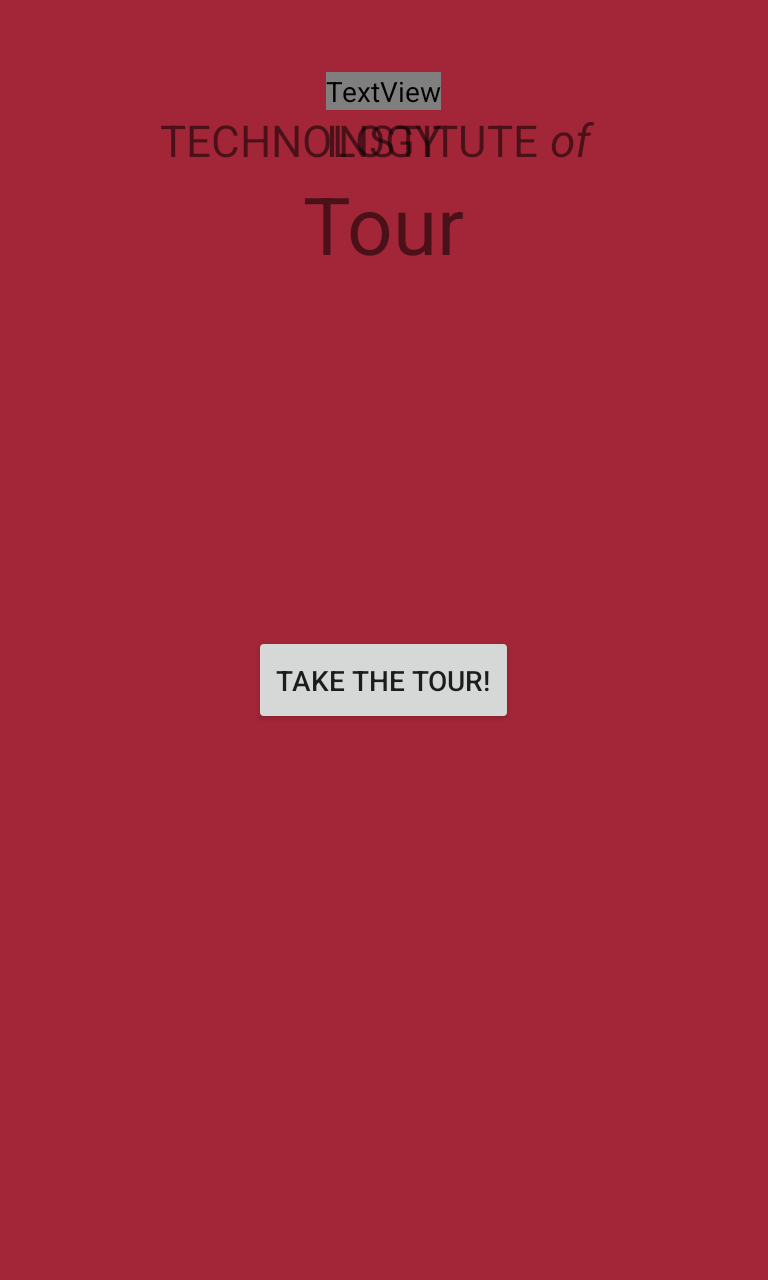
Repository: Klyros/StevensTourApp
Layout: StevensTourApp/res/layout/activity_home_screen.xml
The author's editor kept a copy of each file at every save. The layout is drawn from the files as they stood at one save, then again after the next save.
Pictures or frames that could not be fetched are drawn as grey boxes. It is drawn on a 768 x 1280 px phone screen (xhdpi) without system bars, with theme AppTheme; the app's code is not run.

Above is the layout before, as saved 2014-08-23 23:48:38.

### StevensTourApp/res/layout/activity_home_screen.xml
<RelativeLayout xmlns:android="http://schemas.android.com/apk/res/android"
    xmlns:tools="http://schemas.android.com/tools"
    android:layout_width="match_parent"
    android:layout_height="match_parent"
    android:paddingBottom="@dimen/activity_vertical_margin"
    android:paddingLeft="@dimen/activity_horizontal_margin"
    android:paddingRight="@dimen/activity_horizontal_margin"
    android:paddingTop="@dimen/activity_vertical_margin"
    tools:context="edu.stevens.stevenstourapp.HomeScreen" >



    <Button
        android:id="@+id/btnTour"
        android:layout_width="wrap_content"
        android:layout_height="wrap_content"
        android:layout_below="@+id/editText1"
        android:layout_centerHorizontal="true"
        android:layout_marginTop="300dp"
        android:text="Take the Tour!" />

    <TextView
        android:id="@+id/stevensTitle"
        android:layout_width="wrap_content"
        android:layout_height="wrap_content"
        android:layout_alignParentTop="true"
        android:layout_centerHorizontal="true"
		android:textSize="80sp"
		android:fontFamily="Angleterre Book"
        android:layout_marginTop="20dp"
        android:text="Stevens" />

        <TextView
            android:id="@+id/stevensInstitute"
            android:layout_width="wrap_content"
            android:layout_height="wrap_content"
            android:layout_alignLeft="@+id/stevensTitle"
            android:layout_below="@+id/stevensTitle"
            android:textSize="22sp"
            android:text="INSTITUTE " />

        <TextView
            android:id="@+id/stevensOf"
            android:layout_width="wrap_content"
            android:layout_height="wrap_content"
            android:layout_alignBaseline="@+id/stevensInstitute"
            android:layout_alignBottom="@+id/stevensInstitute"
            android:layout_toRightOf="@+id/stevensInstitute"
            android:textStyle="italic"
            android:textSize="23sp"
            android:text="of " />

        <TextView
            android:id="@+id/stevensTechnology"
            android:layout_width="wrap_content"
            android:layout_height="wrap_content"
            android:layout_alignBaseline="@+id/stevensOf"
            android:layout_alignBottom="@+id/stevensOf"
            android:layout_alignRight="@+id/stevensTitle"
            android:text="TECHNOLOGY"
            android:textSize="22sp" />

        <TextView
            android:id="@+id/textStevensTour"
            android:layout_width="wrap_content"
            android:layout_height="wrap_content"
            android:layout_centerHorizontal="true"
            android:layout_below="@+id/stevensOf"
            android:textSize="40sp"
            android:text="Tour" />

</RelativeLayout>

### StevensTourApp/res/values/colors.xml
<?xml version="1.0" encoding="utf-8"?>
<resources>
    <color name="background">#A32638</color>
</resources>

Loaded but not shown: StevensTourApp/res/values/styles.xml (common file); StevensTourApp/res/values-v11/styles.xml (common file); StevensTourApp/res/values-v14/styles.xml (common file); StevensTourApp/res/values/dimens.xml (common file); StevensTourApp/res/values-w820dp/dimens.xml (common file)

After the next save:
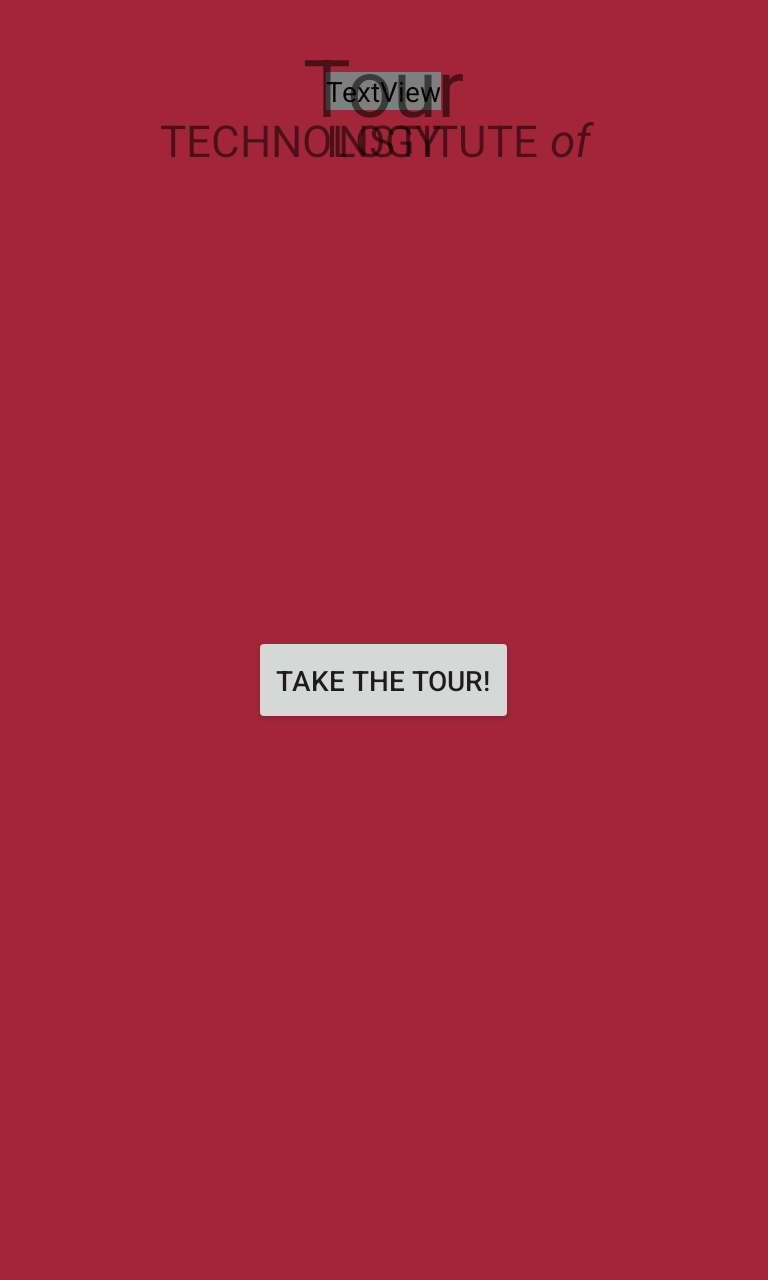
Saved 6 min 9 s later.
--- a/StevensTourApp/res/layout/activity_home_screen.xml
+++ b/StevensTourApp/res/layout/activity_home_screen.xml
@@ -65,7 +65,6 @@
             android:layout_width="wrap_content"
             android:layout_height="wrap_content"
             android:layout_centerHorizontal="true"
-            android:layout_below="@+id/stevensOf"
             android:textSize="40sp"
             android:text="Tour" />
 

After the save that followed:
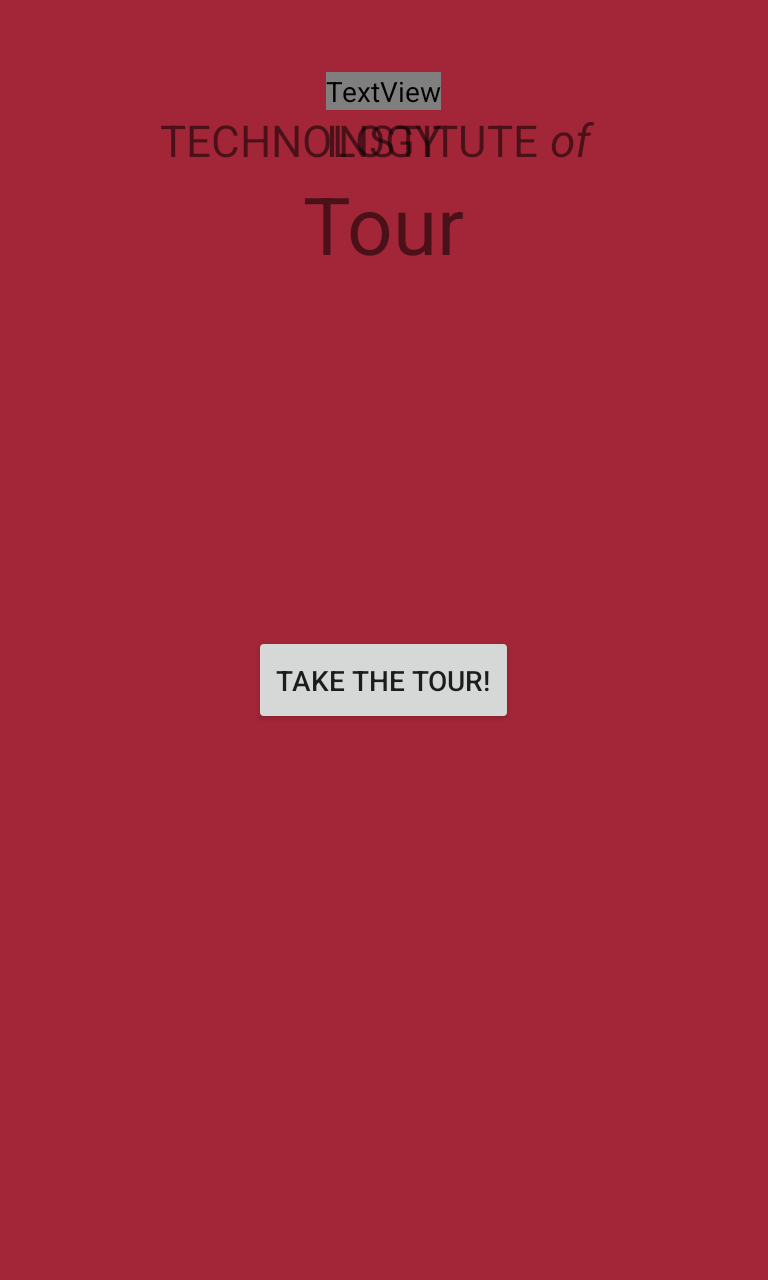
Saved 3 min 59 s later.
--- a/StevensTourApp/res/layout/activity_home_screen.xml
+++ b/StevensTourApp/res/layout/activity_home_screen.xml
@@ -65,6 +65,7 @@
             android:layout_width="wrap_content"
             android:layout_height="wrap_content"
             android:layout_centerHorizontal="true"
+            android:layout_below="@+id/stevensOf"
             android:textSize="40sp"
             android:text="Tour" />
 
